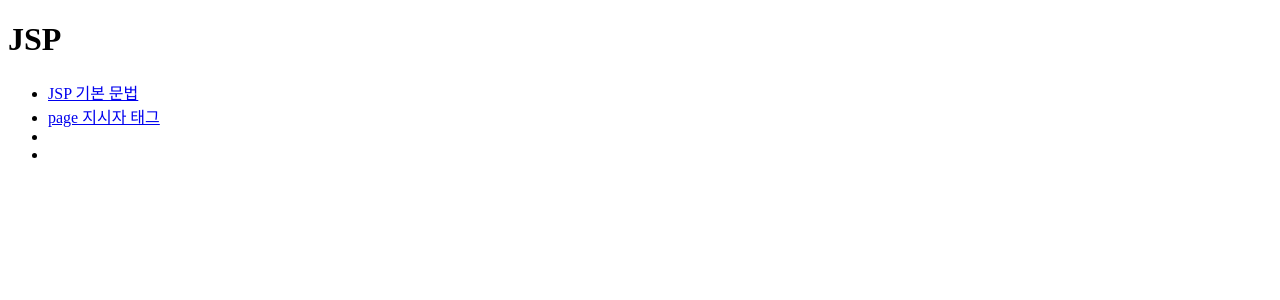
Repository: sonchanmi/JSP
Page: http://localhost/chap01-jsp/
An editor plug-in stored every save of this project. The page is shown before and after the next save, followed by the edit.
The browser window is 1280 px wide. The pictures show the whole page.
The page is served by Tomcat 10. Other server files are loaded and not shown.

Above is the page before, as saved 2024-06-10 02:01:59.

### chap01-jsp/src/main/webapp/index.jsp
<%@ page language="java" contentType="text/html; charset=UTF-8"
	pageEncoding="UTF-8"%>
<!DOCTYPE html>
<html>
<head>
<meta charset="EUC-KR">
<title>JSP</title>
</head>
<body>

	<h1>JSP</h1>

	<ul>
		<li><a href="jsp/1_simpleJspStates.jsp">JSP 기본 문법</a></li>
		<li><a href="jsp/2_pageDirective.jsp">page 지시자 태그</a></li>
		<li><a href=""></a></li>
		<li><a href=""></a></li>
	</ul>




</body>
</html>

After the next save:
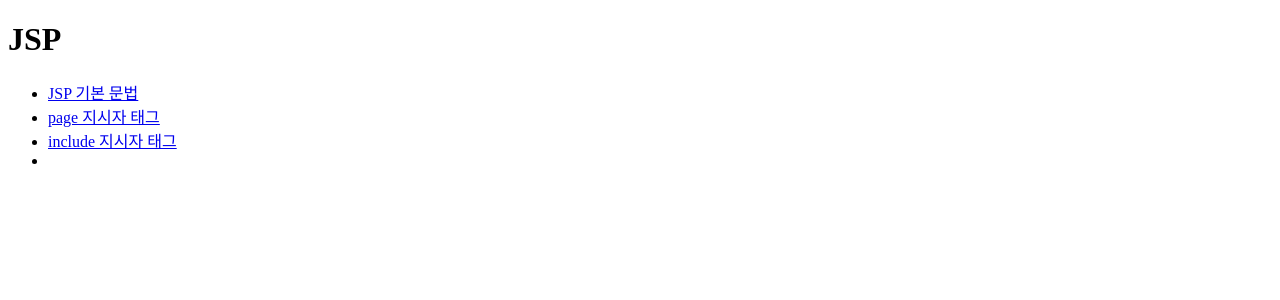
Saved 2 min 29 s later.
--- a/chap01-jsp/src/main/webapp/index.jsp
+++ b/chap01-jsp/src/main/webapp/index.jsp
@@ -13,7 +13,7 @@
 	<ul>
 		<li><a href="jsp/1_simpleJspStates.jsp">JSP 기본 문법</a></li>
 		<li><a href="jsp/2_pageDirective.jsp">page 지시자 태그</a></li>
-		<li><a href=""></a></li>
+		<li><a href="jsp/3_includeDirective.jsp">include 지시자 태그</a></li>
 		<li><a href=""></a></li>
 	</ul>
 
